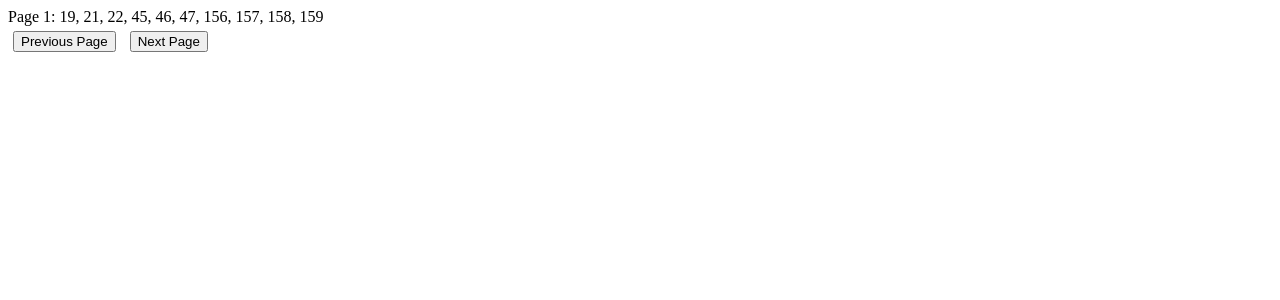
Repository: NopeImNotHere/dotfiles
Page: workspace/playspace/test.html/test.html
These files come from the project's save history. The page is drawn as it stood at one moment and after the next save; the edit follows.
The browser window is 1280 px wide. The pictures show the whole page.

Above is the page before, as saved 2024-03-20 18:54:56.

After the next save:
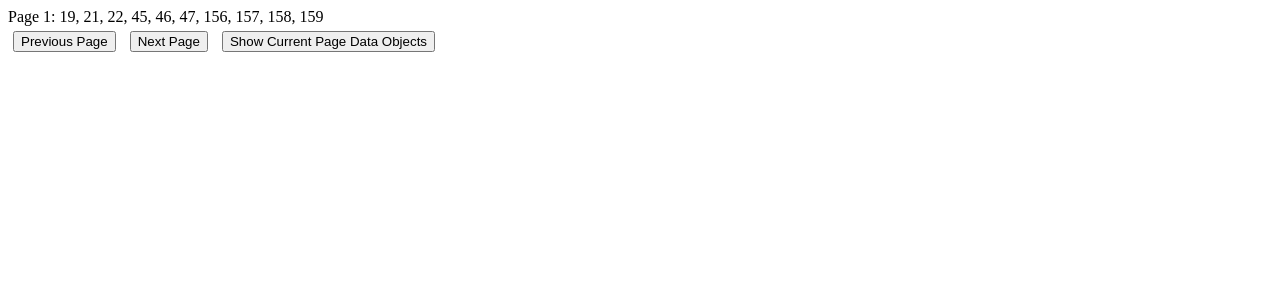
Saved 6 min 28 s later.
--- a/workspace/playspace/test.html/test.html
+++ b/workspace/playspace/test.html/test.html
@@ -189,9 +189,15 @@
       paginator.nextPage();
       paginator.displayCurrentPage();
     }
+
+    function showCurrentPageDataObjects() {
+      const currentPageDataObjects = paginator.getCurrentPageDataObjects();
+      console.log("Current Page Data Objects:", currentPageDataObjects);
+    }
   </script>
   <button id="prevBtn" onclick="backwards()">Previous Page</button>
   <button id="nextBtn" onclick="forwards()">Next Page</button>
+  <button onclick="showCurrentPageDataObjects()">Show Current Page Data Objects</button>
 </body>
 
 </html>
